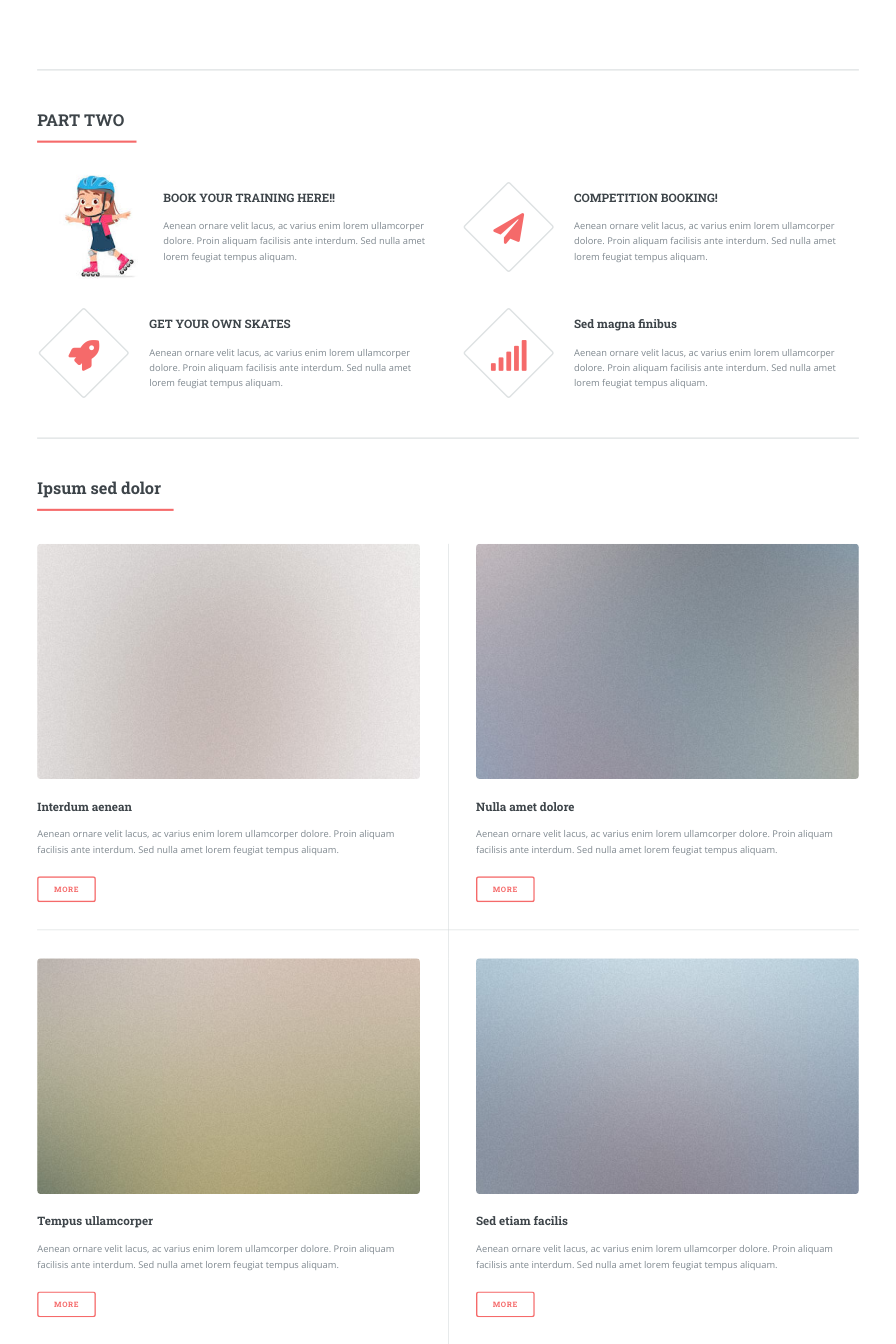
Repository: rachel648/New_Elite
Page: index.html
An editor plug-in stored every save of this project. The page is shown before and after the next save, followed by the edit.
The browser window is 1280 px wide. The pictures show the part of the page from y = 707 to 2627 px (the page is 3236 px tall before and 3674 px after), at 70% of full size.

Above is the page before, as saved 2024-09-20 14:33:16.

### index.html
<!DOCTYPE HTML>
<html>
	<head>
		<title>ELITE SKATES</title>
		<meta charset="utf-8" />
		<meta name="viewport" content="width=device-width, initial-scale=1, user-scalable=no" />
		<link rel="stylesheet" href="assets/css/main.css" />
	</head>
	<body class="is-preload">

		<!-- Wrapper -->
			<div id="wrapper">

				<!-- Main -->
					<div id="main">
						<div class="inner">

							<!-- Header -->
								<header id="header">
									<a href="index.html" class="logo"><strong>ELITE </strong>SKATING CLUB</a>
									<ul class="icons">
										<li><a href="#" class="icon brands fa-twitter"><span class="label">Twitter</span></a></li>
										<li><a href="#" class="icon brands fa-facebook-f"><span class="label">Facebook</span></a></li>
										<li><a href="#" class="icon brands fa-snapchat-ghost"><span class="label">Snapchat</span></a></li>
										<li><a href="#" class="icon brands fa-instagram"><span class="label">Instagram</span></a></li>
										<li><a href="#" class="icon brands fa-medium-m"><span class="label">Medium</span></a></li>
									</ul>
								</header>

							<!-- Banner -->
								<section id="banner">
									<div class="content">
										<header>
											<h1>Welcome, Let's Skate!<br />
											With Mario</h1>
											<p>Join the thrill, boost your skills, and enjoy the ride with our skating community!</p>
										</header>
										<p>Skating is not only a fun way to stay active, but it also improves balance, coordination, and cardiovascular health. Whether you're cruising for fitness or gliding for fun, it's a great way to build strength and reduce stress while enjoying the outdoors."</p>
										<ul class="actions">
											<li><a href="#" class="button big">Learn More</a></li>
										</ul>
									</div>
									<span class="image object">
										<img src="images/skatetwo-removebg-preview.png" alt="" />
									</span>
								</section>

							<!-- Section -->
								<section>
									<header class="major">
										<h2>PART TWO</h2>
									</header>
									<div class="features">
										<article>
											<span class="image object"></span>
											<img src="images/training.jpg" alt="" />
											<div class="content">
												<h3>BOOK YOUR TRAINING HERE!!</h3>
												<p>Aenean ornare velit lacus, ac varius enim lorem ullamcorper dolore. Proin aliquam facilisis ante interdum. Sed nulla amet lorem feugiat tempus aliquam.</p>
											</div>
										</article>
										<article>
											<span class="icon solid fa-paper-plane"></span>
											<div class="content">
												<h3>COMPETITION BOOKING!</h3>
												<p>Aenean ornare velit lacus, ac varius enim lorem ullamcorper dolore. Proin aliquam facilisis ante interdum. Sed nulla amet lorem feugiat tempus aliquam.</p>
											</div>
										</article>
										<article>
											<span class="icon solid fa-rocket"></span>
											<div class="content">
												<h3>GET YOUR OWN SKATES</h3>
												<p>Aenean ornare velit lacus, ac varius enim lorem ullamcorper dolore. Proin aliquam facilisis ante interdum. Sed nulla amet lorem feugiat tempus aliquam.</p>
											</div>
										</article>
										<article>
											<span class="icon solid fa-signal"></span>
											<div class="content">
												<h3>Sed magna finibus</h3>
												<p>Aenean ornare velit lacus, ac varius enim lorem ullamcorper dolore. Proin aliquam facilisis ante interdum. Sed nulla amet lorem feugiat tempus aliquam.</p>
											</div>
										</article>
									</div>
								</section>

							<!-- Section -->
								<section>
									<header class="major">
										<h2>Ipsum sed dolor</h2>
									</header>
									<div class="posts">
										<article>
											<a href="#" class="image"><img src="images/pic01.jpg" alt="" /></a>
											<h3>Interdum aenean</h3>
											<p>Aenean ornare velit lacus, ac varius enim lorem ullamcorper dolore. Proin aliquam facilisis ante interdum. Sed nulla amet lorem feugiat tempus aliquam.</p>
											<ul class="actions">
												<li><a href="#" class="button">More</a></li>
											</ul>
										</article>
										<article>
											<a href="#" class="image"><img src="images/pic02.jpg" alt="" /></a>
											<h3>Nulla amet dolore</h3>
											<p>Aenean ornare velit lacus, ac varius enim lorem ullamcorper dolore. Proin aliquam facilisis ante interdum. Sed nulla amet lorem feugiat tempus aliquam.</p>
											<ul class="actions">
												<li><a href="#" class="button">More</a></li>
											</ul>
										</article>
										<article>
											<a href="#" class="image"><img src="images/pic03.jpg" alt="" /></a>
											<h3>Tempus ullamcorper</h3>
											<p>Aenean ornare velit lacus, ac varius enim lorem ullamcorper dolore. Proin aliquam facilisis ante interdum. Sed nulla amet lorem feugiat tempus aliquam.</p>
											<ul class="actions">
												<li><a href="#" class="button">More</a></li>
											</ul>
										</article>
										<article>
											<a href="#" class="image"><img src="images/pic04.jpg" alt="" /></a>
											<h3>Sed etiam facilis</h3>
											<p>Aenean ornare velit lacus, ac varius enim lorem ullamcorper dolore. Proin aliquam facilisis ante interdum. Sed nulla amet lorem feugiat tempus aliquam.</p>
											<ul class="actions">
												<li><a href="#" class="button">More</a></li>
											</ul>
										</article>
										<article>
											<a href="#" class="image"><img src="images/pic05.jpg" alt="" /></a>
											<h3>Feugiat lorem aenean</h3>
											<p>Aenean ornare velit lacus, ac varius enim lorem ullamcorper dolore. Proin aliquam facilisis ante interdum. Sed nulla amet lorem feugiat tempus aliquam.</p>
											<ul class="actions">
												<li><a href="#" class="button">More</a></li>
											</ul>
										</article>
										<article>
											<a href="#" class="image"><img src="images/pic06.jpg" alt="" /></a>
											<h3>Amet varius aliquam</h3>
											<p>Aenean ornare velit lacus, ac varius enim lorem ullamcorper dolore. Proin aliquam facilisis ante interdum. Sed nulla amet lorem feugiat tempus aliquam.</p>
											<ul class="actions">
												<li><a href="#" class="button">More</a></li>
											</ul>
										</article>
									</div>
								</section>

						</div>
					</div>

				<!-- Sidebar -->
					<div id="sidebar">
						<div class="inner">

							<!-- Search -->
								<section id="search" class="alt">
									<form method="post" action="#">
										<input type="text" name="query" id="query" placeholder="Search" />
									</form>
								</section>

							<!-- Menu -->
								<nav id="menu">
									<header class="major">
										<h2>Menu</h2>
									</header>
									<ul>
										<li><a href="index.html">Homepage</a></li>
										<li><a href="generic.html">Generic</a></li>
										<li><a href="elements.html">Elements</a></li>
										<li>
											<span class="opener">Submenu</span>
											<ul>
												<li><a href="#">Lorem Dolor</a></li>
												<li><a href="#">Ipsum Adipiscing</a></li>
												<li><a href="#">Tempus Magna</a></li>
												<li><a href="#">Feugiat Veroeros</a></li>
											</ul>
										</li>
										<li><a href="#">Etiam Dolore</a></li>
										<li><a href="#">Adipiscing</a></li>
										<li>
											<span class="opener">Another Submenu</span>
											<ul>
												<li><a href="#">Lorem Dolor</a></li>
												<li><a href="#">Ipsum Adipiscing</a></li>
												<li><a href="#">Tempus Magna</a></li>
												<li><a href="#">Feugiat Veroeros</a></li>
											</ul>
										</li>
										<li><a href="#">Maximus Erat</a></li>
										<li><a href="#">Sapien Mauris</a></li>
										<li><a href="#">Amet Lacinia</a></li>
									</ul>
								</nav>

							<!-- Section -->
								<section>
									<header class="major">
										<h2>Ante interdum</h2>
									</header>
									<div class="mini-posts">
										<article>
											<a href="#" class="image"><img src="images/pic07.jpg" alt="" /></a>
											<p>Aenean ornare velit lacus, ac varius enim lorem ullamcorper dolore aliquam.</p>
										</article>
										<article>
											<a href="#" class="image"><img src="images/pic08.jpg" alt="" /></a>
											<p>Aenean ornare velit lacus, ac varius enim lorem ullamcorper dolore aliquam.</p>
										</article>
										<article>
											<a href="#" class="image"><img src="images/pic09.jpg" alt="" /></a>
											<p>Aenean ornare velit lacus, ac varius enim lorem ullamcorper dolore aliquam.</p>
										</article>
									</div>
									<ul class="actions">
										<li><a href="#" class="button">More</a></li>
									</ul>
								</section>

							<!-- Section -->
								<section>
									<header class="major">
										<h2>Get in touch</h2>
									</header>
									<p>Sed varius enim lorem ullamcorper dolore aliquam aenean ornare velit lacus, ac varius enim lorem ullamcorper dolore. Proin sed aliquam facilisis ante interdum. Sed nulla amet lorem feugiat tempus aliquam.</p>
									<ul class="contact">
										<li class="icon solid fa-envelope"><a href="#">information@untitled.tld</a></li>
										<li class="icon solid fa-phone">(000) 000-0000</li>
										<li class="icon solid fa-home">1234 Somewhere Road #8254<br />
										Nashville, TN 00000-0000</li>
									</ul>
								</section>

							<!-- Footer -->
								<footer id="footer">
									<p class="copyright">&copy; Untitled. All rights reserved. Demo Images: <a href="https://unsplash.com">Unsplash</a>. Design: <a href="https://html5up.net">HTML5 UP</a>.</p>
								</footer>

						</div>
					</div>

			</div>

		<!-- Scripts -->
			<script src="assets/js/jquery.min.js"></script>
			<script src="assets/js/browser.min.js"></script>
			<script src="assets/js/breakpoints.min.js"></script>
			<script src="assets/js/util.js"></script>
			<script src="assets/js/main.js"></script>

	</body>
</html>

Loaded but not shown: assets/css/fontawesome-all.min.css (library); assets/js/jquery.min.js (library); assets/js/browser.min.js (common file); assets/js/breakpoints.min.js (common file); assets/js/util.js (587 lines, source omitted); assets/js/main.js (262 lines, source omitted); assets/css/main.css (2284 lines, source omitted)

After the next save:
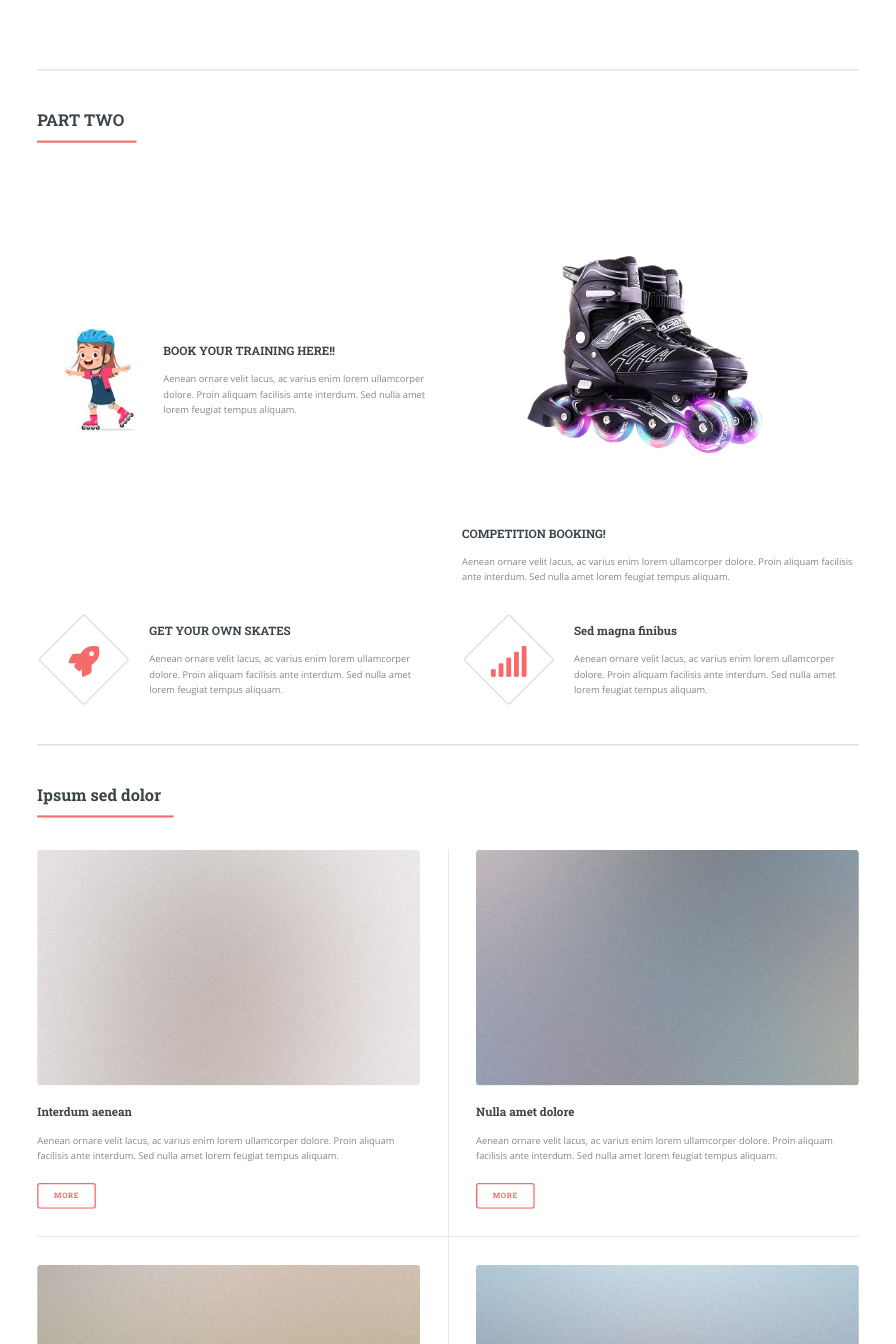
Saved 34 s later.
--- a/index.html
+++ b/index.html
@@ -60,7 +60,8 @@
 											</div>
 										</article>
 										<article>
-											<span class="icon solid fa-paper-plane"></span>
+											<span class="image object">
+										<img src="images/skatetwo-removebg-preview.png" alt="" />
 											<div class="content">
 												<h3>COMPETITION BOOKING!</h3>
 												<p>Aenean ornare velit lacus, ac varius enim lorem ullamcorper dolore. Proin aliquam facilisis ante interdum. Sed nulla amet lorem feugiat tempus aliquam.</p>

After the save that followed:
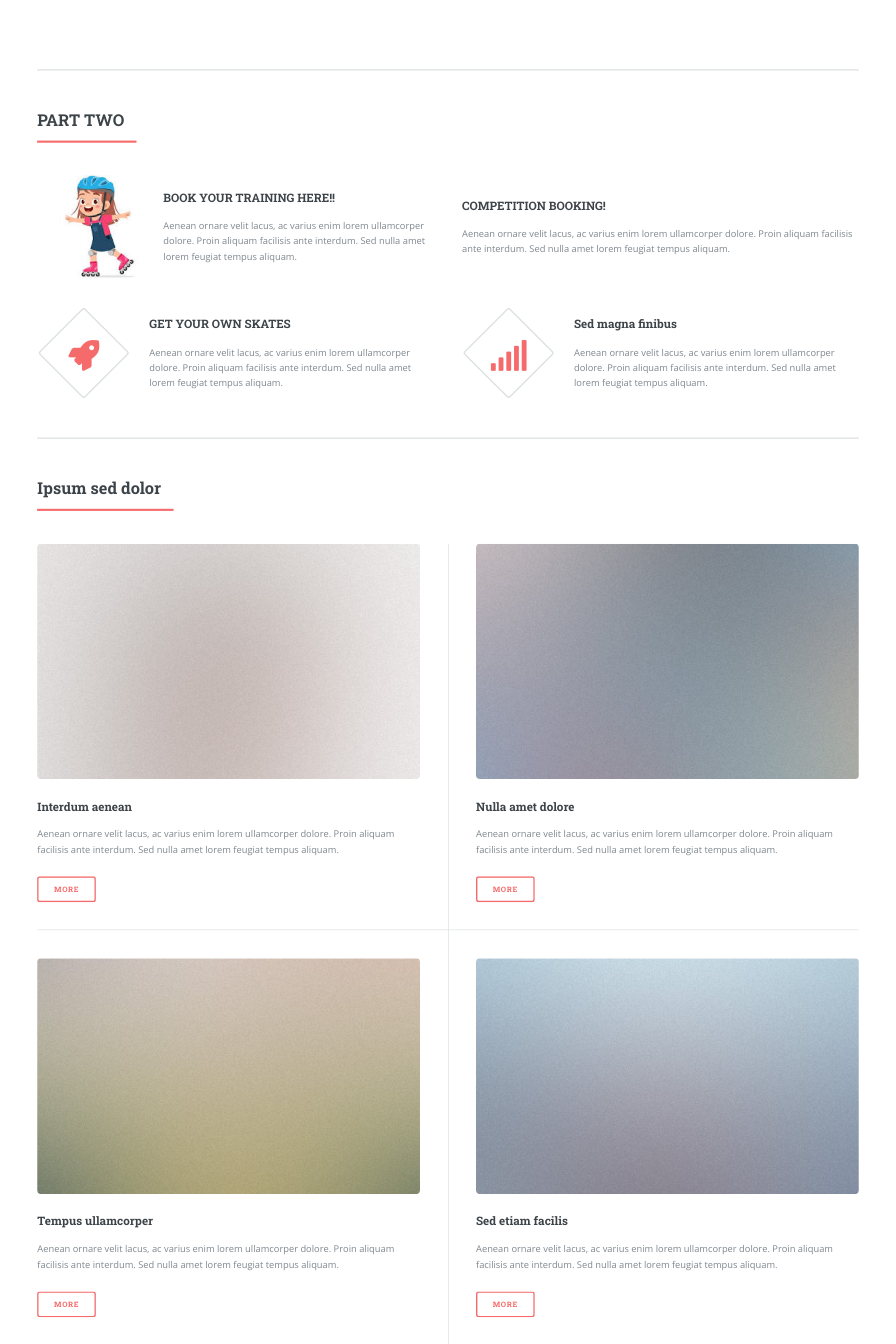
Not found: images/pinkskates.png
Saved 30 s later.
--- a/index.html
+++ b/index.html
@@ -61,7 +61,7 @@
 										</article>
 										<article>
 											<span class="image object">
-										<img src="images/skatetwo-removebg-preview.png" alt="" />
+										<img src="images/pinkskates.png" alt="" />
 											<div class="content">
 												<h3>COMPETITION BOOKING!</h3>
 												<p>Aenean ornare velit lacus, ac varius enim lorem ullamcorper dolore. Proin aliquam facilisis ante interdum. Sed nulla amet lorem feugiat tempus aliquam.</p>
